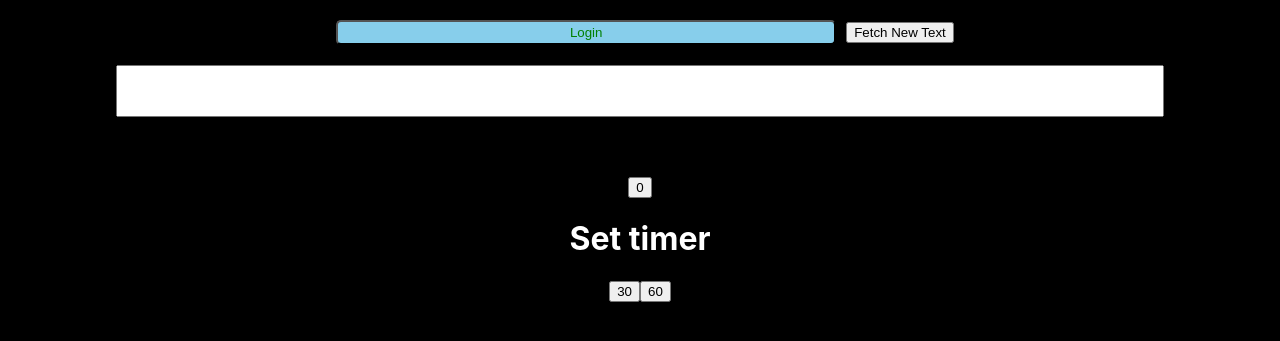
Repository: abhaysharma20233009/swiftKey
Page: / (app in frontend/my-app/)
An editor plug-in stored every save of this project. The page is shown before and after the next save, followed by the edit.
The browser window is 1280 px wide. The pictures show the whole page.
The page's requests for data from a server got no answer. The project was rebuilt for these pictures with package versions that can differ from the ones it lists, and the page was loaded fresh each time. No one was signed in, and anything a server would have sent is missing. Also part of the build but not shown: frontend/my-app/src/Results.js, frontend/my-app/src/Login.js.

Above is the page before, as saved 2024-10-10 14:49:54.

### frontend/my-app/src/App.js
//App.js

import './App.css';
import React from 'react';
import { BrowserRouter as Router, Route, Routes } from 'react-router-dom';
import Swift from './Swifts';
import Results from './Results';
import Login from './Login';
const App = () => {
    return (
        <Router>
			<div className="App">
            <Routes>
                <Route path="/" element={<Swift />} />
                <Route path="/results" element={<Results />} />
                <Route path="/login" element={<Login />} />
            </Routes>
			</div>
        </Router>
    );
};

export default App;

### frontend/my-app/src/App.css
.App {
  text-align: center;
  color:white;
}

body{
  background-color:black;
}

.log{
  color:green;
  margin-left: 10px;
  margin-right: 10px;
  background-color: skyblue;
  border-radius: 5px;
  height:25px;
  width:500px;
}

### frontend/my-app/src/Swifts.js
import React, { useState, useEffect } from 'react';
import { useNavigate, useLocation } from 'react-router-dom';

function Swifts() {
    const [message, setMessage] = useState('');
    const [inputValue, setInputValue] = useState('');
    const [currentWordIndex, setCurrentWordIndex] = useState(0);
    const [time, setTime] = useState(0);
    const navigate = useNavigate();
    const location = useLocation();

    // Retrieve username from location state
    const username = location.state?.username||'';

    const fetchMessages = async () => {
        try {
            const response = await fetch('http://localhost:7000/random-paragraph');
            const data = await response.json();
            if (data && typeof data === 'string') {
                setMessage(data);
                setInputValue('');
                setCurrentWordIndex(0);
            } else {
                console.error('Invalid data format:', data);
            }
        } catch (error) {
            console.error('Error fetching messages:', error);
        }
    };

    useEffect(() => {
        fetchMessages();
    }, []);

    useEffect(() => {
        if (time > 0) {
            const timer = setTimeout(() => {
                navigate('/results', { state: { currentWordIndex, username } }); // Pass both currentWordIndex and username
            }, time * 1000);

            return () => clearTimeout(timer);
        }
    }, [time, currentWordIndex, navigate, username]);

    const handleInputChange = (e) => {
        const value = e.target.value;
        setInputValue(value);

        const words = message.split(' ');
        const currentWord = words[currentWordIndex];

        if (currentWord && currentWord.startsWith(value.trim())) {
            if (value.trim() === currentWord) {
                setCurrentWordIndex((prevIndex) => prevIndex + 1);
                setInputValue('');
            }
        }
    };

    const words = message.split(' ');
    const currentWord = words[currentWordIndex] || '';

    return (
        <div style={{ textAlign: 'center', marginTop: '20px' }}>
            {username && <h2>Welcome, {username}!</h2>}
            <button className="log" onClick={() => navigate('/login')}>Login</button>
            <button onClick={fetchMessages}>Fetch New Text</button>
            <input
                type="text"
                value={inputValue}
                onChange={handleInputChange}
                style={{
                    fontSize: '24px',
                    width: '80%',
                    padding: '10px',
                    margin: '20px 0',
                }}
                placeholder={currentWord.slice(inputValue.length)}
            />
            <div style={{ fontSize: '24px', marginTop: '10px' }}>
                {words.map((word, index) => (
                    <span
                        key={index}
                        style={{
                            padding: '0 5px',
                            color: index === currentWordIndex ? 'blue' : 'white',
                            textDecoration: index < currentWordIndex ? 'line-through' : 'none',
                        }}
                    >
                        {word}
                    </span>
                ))}
            </div>
            <button>{currentWordIndex}</button>
            <h1>Set timer</h1>
            <button onClick={() => setTime(30)}>30</button>
            <button onClick={() => setTime(60)}>60</button>
        </div>
    );
}

export default Swifts;

Loaded but not shown: frontend/my-app/public/index.html (common file); frontend/my-app/src/index.js (common file); frontend/my-app/src/index.css (common file); frontend/my-app/src/reportWebVitals.js (common file)

After the next save:
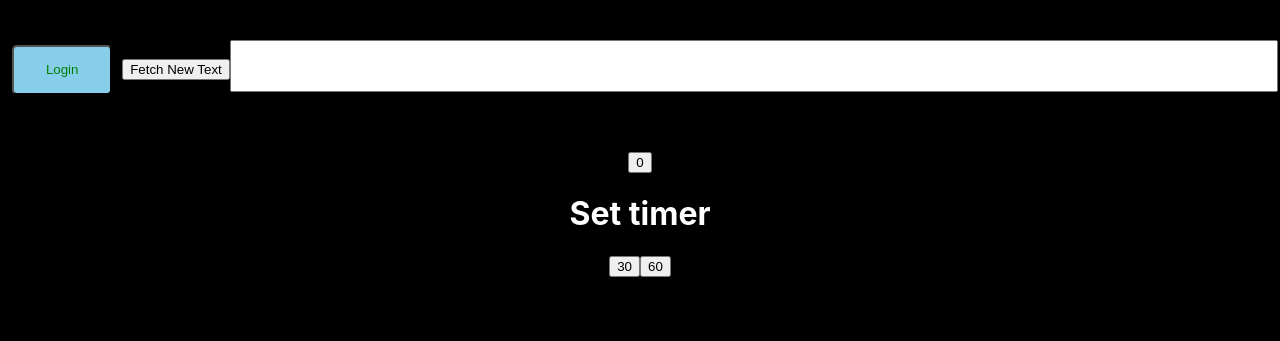
Saved 12 s later.
--- a/frontend/my-app/src/App.css
+++ b/frontend/my-app/src/App.css
@@ -13,6 +13,6 @@ body{
   margin-right: 10px;
   background-color: skyblue;
   border-radius: 5px;
-  height:25px;
-  width:500px;
+  height:50px;
+  width:100px;
 }
